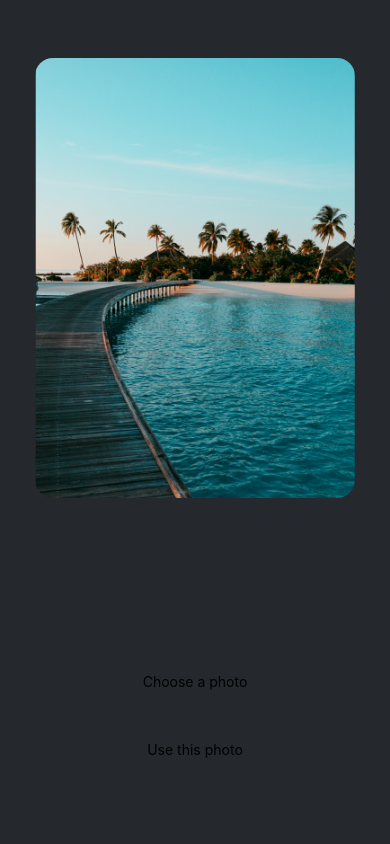
Repository: grlgmrs/StickerSmash
Screen: /
An editor plug-in stored every save of this project. The screen is shown before and after the next save, followed by the edit.
The app was drawn by React Native's web renderer in a window 390 px wide. The project was rebuilt for these pictures with package versions that can differ from the ones it lists, and the page was loaded fresh each time.

Above is the screen before, as saved 2023-01-27 15:45:02.

### App.js
import { StatusBar } from "expo-status-bar";
import { StyleSheet, View } from "react-native";
import { Button, ImageViewer } from "./components";

const placeholderImage = require("./assets/images/background-image.png");

export default function App() {
  return (
    <View style={styles.container}>
      <View style={styles.imageContainer}>
        <ImageViewer placeholderImageSource={placeholderImage} />
      </View>
      <View style={styles.footerContainer}>
        <Button label="Choose a photo" />
        <Button label="Use this photo" />
      </View>
      <StatusBar style="auto" />
    </View>
  );
}

const styles = StyleSheet.create({
  container: {
    flex: 1,
    backgroundColor: "#25292e",
    alignItems: "center",
    justifyContent: "center",
  },
  imageContainer: {
    flex: 1,
    paddingTop: 58,
  },
  footerContainer: {
    flex: 1 / 3,
    alignItems: "center",
  },
});

### components/index.js
export { default as ImageViewer } from "./ImageViewer";
export { default as Button } from "./Button";

### components/ImageViewer/index.js
import ImageViewer from "./ImageViewer";

export default ImageViewer;

### components/ImageViewer/ImageViewer.js
import { StyleSheet, Image } from "react-native";

const ImageViewer = ({ placeholderImageSource }) => {
  return <Image source={placeholderImageSource} style={styles.image} />;
};

const styles = StyleSheet.create({
  image: {
    width: 320,
    height: 440,
    borderRadius: 18,
  },
});

export default ImageViewer;

### components/Button/Button.js
import { StyleSheet, View, Pressable, Text } from "react-native";

const Button = ({ label }) => {
  return (
    <View style={styles.buttonContainer}>
      <Pressable
        style={styles.button}
        onPress={() => alert("You pressed a button.")}
      >
        <Text styles={styles.buttonLabel}>{label}</Text>
      </Pressable>
    </View>
  );
};

const styles = StyleSheet.create({
  buttonContainer: {
    width: 320,
    height: 68,
    marginHorizontal: 20,
    alignItems: "center",
    justifyContent: "center",
    padding: 3,
  },
  button: {
    borderRadius: 10,
    width: "100%",
    height: "100%",
    alignItems: "center",
    justifyContent: "center",
    flexDirection: "row",
  },
  buttonIcon: {
    paddingRight: 8,
  },
  buttonLabel: {
    color: "#fff",
    fontSize: 16,
  },
});

export default Button;

Loaded but not shown: components/Button/index.ts (common file)

After the next save:
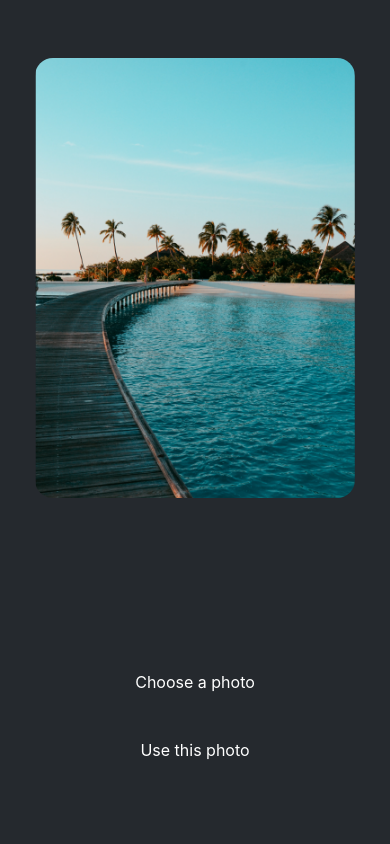
Saved 27 s later.
--- a/components/Button/Button.js
+++ b/components/Button/Button.js
@@ -7,7 +7,7 @@ const Button = ({ label }) => {
         style={styles.button}
         onPress={() => alert("You pressed a button.")}
       >
-        <Text styles={styles.buttonLabel}>{label}</Text>
+        <Text style={styles.buttonLabel}>{label}</Text>
       </Pressable>
     </View>
   );
